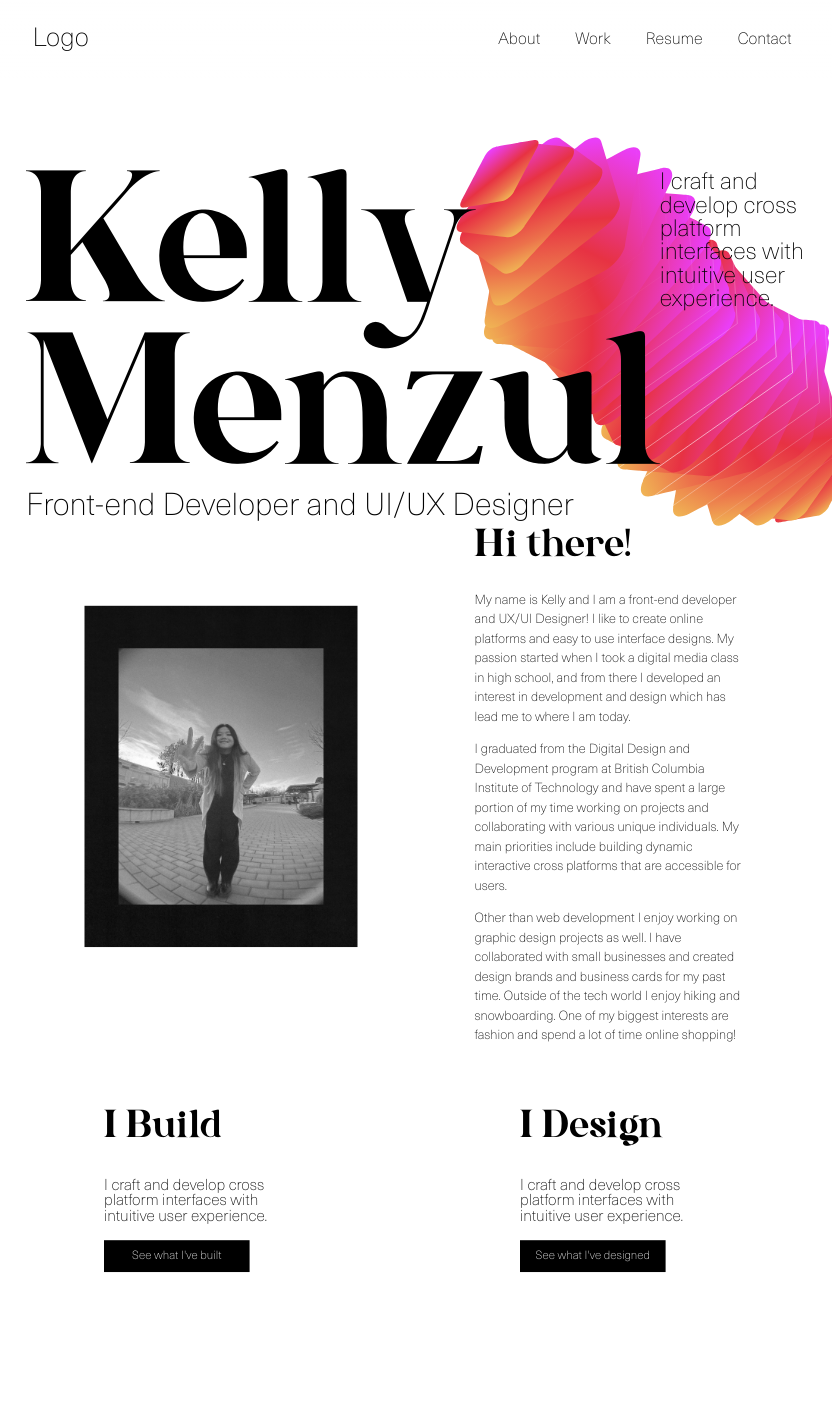
Repository: KellyMenzul/Kelly-Menzul
Page: /
The author's editor kept a copy of each file at every save. The page is drawn from the files as they stood at one save, then again after the next save.
The browser window is 1280 px wide. The pictures show the whole page, at 65% of full size.
The project was rebuilt for these pictures with package versions that can differ from the ones it lists, and the page was loaded fresh each time. The framework's server and built-in components were replaced by stand-ins that run in the browser. Also part of the build but not shown: next.config.js.

Above is the page before, as saved 2022-01-20 15:37:07.

After the next save:
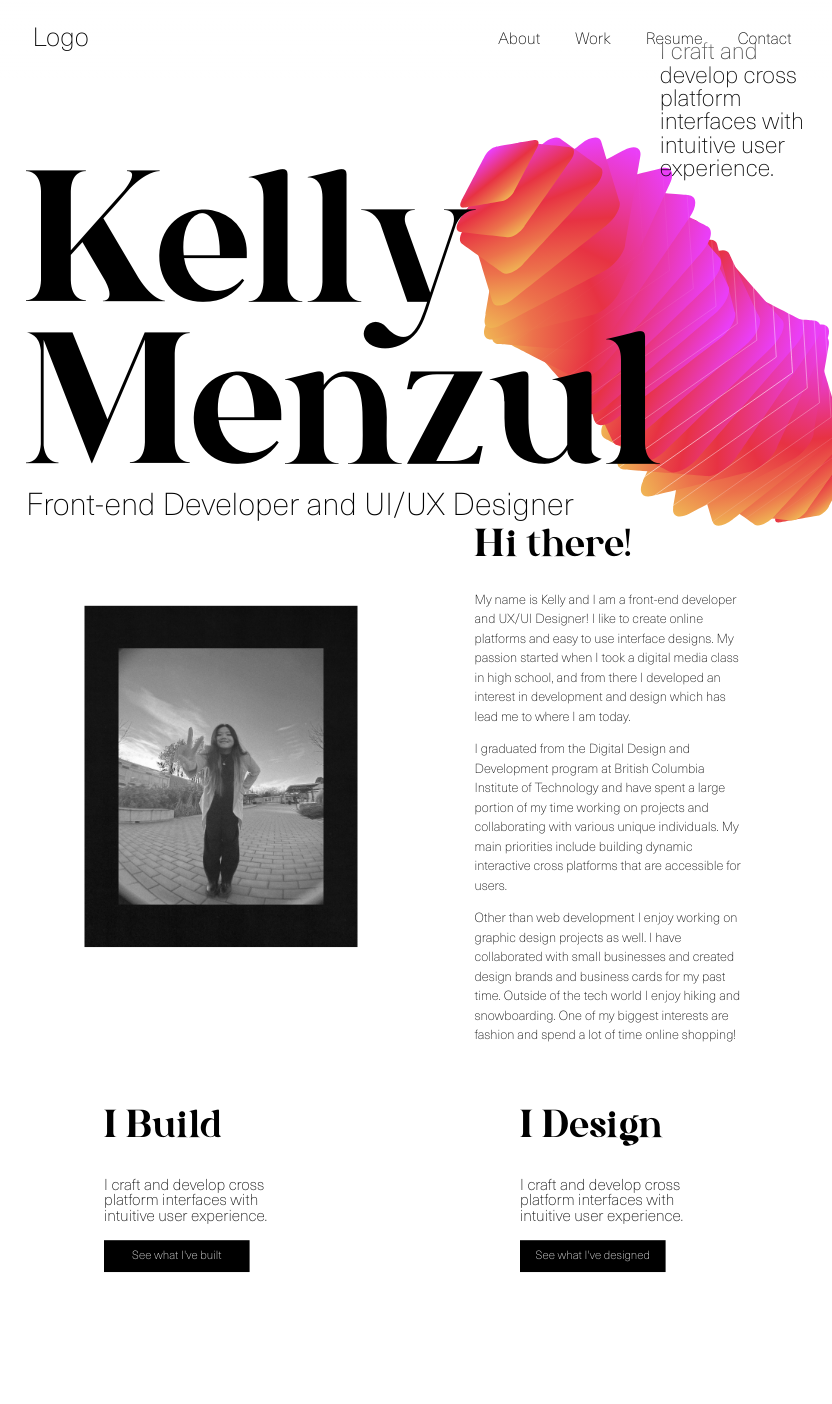
Saved 48 s later.
--- a/pages/index.js
+++ b/pages/index.js
@@ -45,7 +45,6 @@ display:flex;
 flex:1;
 align-items:flex-start;
 justify-content:flex-end;
-padding-top:200px;
 `
 
 const NameHolder = styled.div``
